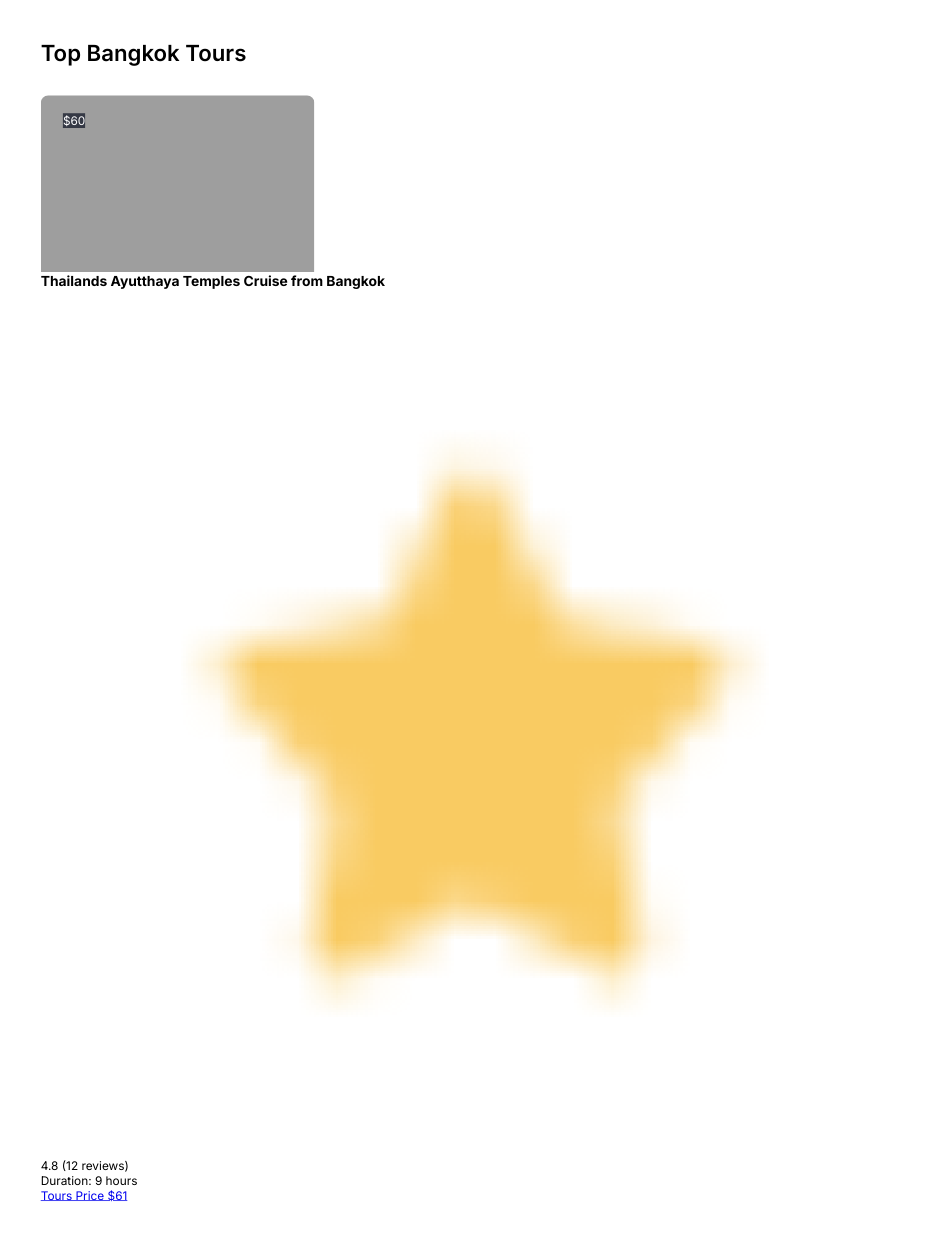
Repository: man0405/practice-web
Page: index.html
An editor plug-in stored every save of this project. The page is shown before and after the next save, followed by the edit.
The browser window is 1280 px wide. The pictures show the whole page, at 74% of full size.
Pictures or frames that could not be fetched are drawn as grey boxes. Some web fonts or font styles are not loaded; a fallback is used.

Above is the page before, as saved 2023-03-29 10:14:16.

After the next save:
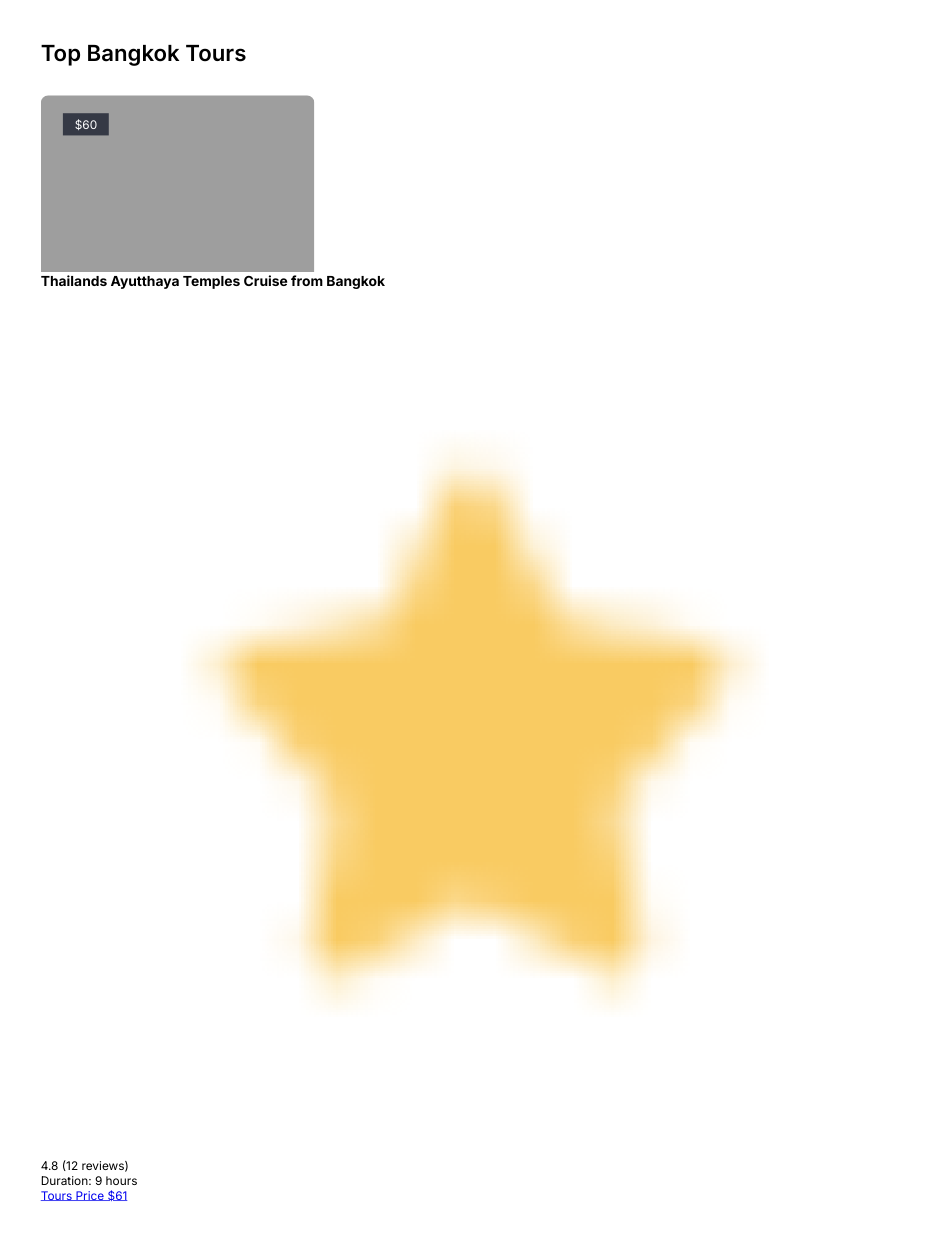
Saved 47 s later.
--- a/main.css
+++ b/main.css
@@ -55,4 +55,5 @@ img {
   left: 30px;
   color: var(--text-color);
   background-color: var(--gray-2);
+  padding: 5px 16px;
 }
